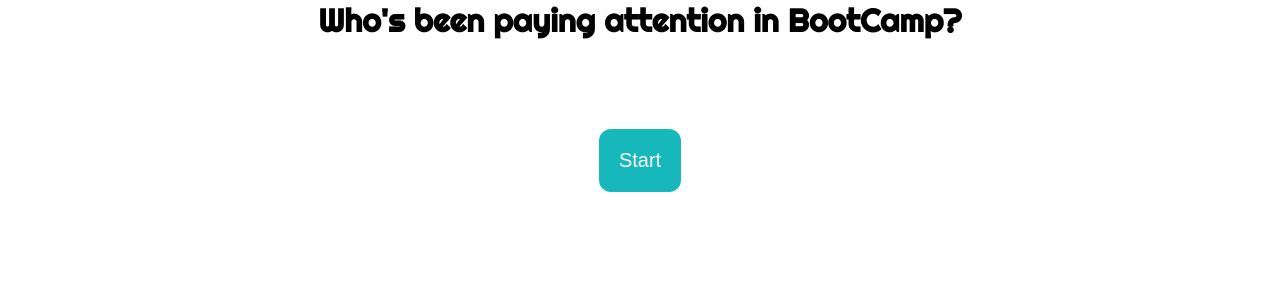
Repository: kkyler24/Quizlet
Page: Quiz.html
An editor plug-in stored every save of this project. The page is shown before and after the next save, followed by the edit.
The browser window is 1280 px wide. The pictures show the whole page.
Some web libraries are served in a nearby version.

Above is the page before, as saved 2020-03-16 01:19:07.

### Quiz.html
<!DOCTYPE html>

<html lang="en">

<head>
    <meta charset="UTF-8">
    <meta name="viewport" content="width=device-width, initial-scale=1.0">

    <!-- font family -->
    <link href="https://fonts.googleapis.com/css2?family=Righteous&display=swap" rel="stylesheet">

    <!-- Popper -->
    <script src="https://cdnjs.cloudflare.com/ajax/libs/popper.js/1.12.9/umd/popper.min.js"
        integrity="sha384-ApNbgh9B+Y1QKtv3Rn7W3mgPxhU9K/ScQsAP7hUibX39j7fakFPskvXusvfa0b4Q"
        crossorigin="anonymous"></script>
    <!-- Myfiles -->
    <link rel="stylesheet" type="text/css" href="DevOpsFiles/Style.css">
    <title>Quiz it</title>
</head>

<header>Who's been paying attention in BootCamp?</header>

<!-- Quiz Design -->

<body>

    <Div class="flex-container">
        <div id="startB">
            <input type="button" class="startButton" value="Start"/>
        </div>
        <div id="questionBoxOne" class="row" style="display: none;">
            <div class="col-md-6 col-sm-3 questionDiv">
                "What is BootStrap?"
                <div class="col-8 col-sm-6 answerA">
                    <button type="button" class="button">"A piece of material that helps hold up your
                        boot"
                    </button>
                </div>
                <div class="col-8 col-sm-6 answerA correct">
                    <button type="button" class="button">"An open source Css
                        framework"</button>
                </div>
                <div class="col-8 col-sm-6 answerA">
                    <button type="button" class="button">"An open source Js framework"</button>
                </div>
            </div>
        </div>

        <div id="questionBoxTwo" class="row" style="display: none;">
            <div class="col-md-6 col-sm-3 questionDiv">
                "Javascript is to muscles as HTML is to...?"
            </div>
                <div class="col-8 col-sm-6 answerB correct">
                    <button type="button" class="button"> IceCream"</button>
                </div>
                <div class="col-8 col-sm-6 answerB">
                    <button type="button" class="button">"Skin"</button>
                </div>
                <div class="col-8 col-sm-6 answerB">
                    <button type="button" class="button">"Skeleton"</button>
                </div>
            </div>


        <div id="questionBoxThree" class="row" style="display: none;">
            <div class="col-md-6 col-sm-3 questionDiv">
                "What does HTML stand for?"
                <div class="row">

                    <div class="col-8 col-sm-6 answerC">
                        <button type="button" class="button">"Home Tools Mark-up language" </button>

                        <div class="col-8 col-sm-6 answerC">
                            <button type="button" class="button"> "Hyper-text Mark down language "</button>

                            <div class="col-8 col-sm-6 answerC">
                                <button type="button" class="button">"Hyper-text Mark up language
                                    "</button>
                            </div>
                        </div>
                    </div>
                </div>
            </div>
        </div>

        <div id="questionBoxFour" class="row" style="display: none;">
            <div class="col-md-6 col-sm-3 questionDiv">
                "What is BootStrap?"
                <div class="row">

                    <div class="col-8 col-sm-6 answerD">
                        <button type="button" class="button">"A piece of material that helps hold
                            up your boot" </button>

                        <div class="col-8 col-sm-6 answerD">
                            <button type="button" class="button">"An open source Css
                                framework"</button>

                            <div class="col-8 col-sm-6 answerD">
                                <button id="D" type="button" class="button">"An open source Js
                                    framework"</button>
                            </div>
                        </div>
                    </div>
                </div>
            </div>
        </div>
        <div class="time"></div>
    </Div>

    <script src="https://code.jquery.com/jquery-3.4.1.js"></script>
    <script src="DevOpsFiles/Java.js"></script>
</body>

</html>

### DevOpsFiles/Style.css
body{
    margin: auto;
    text-align: center;
    background-image: image();
  }

.flex-container {
    display: flex;
    height: 500px;
    justify-content: center;
    align-items: center;
    flex-direction: column;
  }

header{
font-family: "Righteous", cursive;
font-size: xx-large;
font-weight: bolder;

  }

#secLeft {
  position: absolute;
  top: 0.1%;
  display: block;
}

#questionBoxOne {
  position: absolute;

}

#questionBoxTwo {
  position: absolute;

}

#questionBoxThree {
  position: absolute;

}

#questionBoxFour {
  position: absolute;

}
.questionDiv{
  font-size: 25px;
  font-weight: bold;

}

.button{
background-color: rgb(22, 184, 187);
padding: 20px;
border-radius: 12px;
border: none;
color: white;
font-family:Arial, Helvetica, sans-serif;
font-size: 20PX;
}

.time{
  position: relative;
  height: 60%;
  text-align: center;
}

.startButton{
  text-align: center;
  margin-top: 50%;
  background-color: rgb(22, 184, 187);
padding: 20px;
border-radius: 12px;
border: none;
color: white;
font-family:Arial, Helvetica, sans-serif;
font-size: 20PX;
}

### DevOpsFiles/Java.js

// record start time
var startTime;
function display() {
    // later record end time
    var endTime = new Date();

    // time difference in ms
    var timeDiff = endTime - startTime;

    // strip the miliseconds
    timeDiff /= 1000;

    // get seconds
    var seconds = Math.floor(timeDiff % 60);

    // remove seconds from the date
    timeDiff = Math.floor(timeDiff / 60);

    // get minutes
    var minutes = Math.round(timeDiff % 60);

    // remove minutes from the date
    timeDiff = Math.floor(timeDiff / 60);

    // get hours
    var hours = Math.round(timeDiff % 24);

    // remove hours from the date
    timeDiff = Math.floor(timeDiff / 24);

    // the rest of timeDiff is number of days
    var days = timeDiff;

    $(".time").text(hours + ":" + minutes + ":" + seconds);
    setTimeout(display, 1000);
}

$(".startButton").click(function () {
    startTime = new Date();
    setTimeout(display, 1000);
});


//   function stopTimer() {
//     secondsElapsed = 0;
//     formatTime();
//   }
//   function startTimer() {
//     if (totalSeconds > 0) {
//       secondsElapsed = 0;
//       timer = setInterval(function () {
//         secondsElapsed++;
//         formatTime();
//       }, 1000);
//     }
//     formatTime();
//   }
// };

// ---Score Code---
var totalScore = [];

function getSum(total, num) {
  return total + Math(num);
}
function myFunction(item) {
  document.getElementById("stats").innerHTML = totalScore.reduce(getSum, 0);
}



// Questions Object
var Quests = [
  {
    Q1: {
      Question: "What is BootStrap?",
      answers: ["A piece of material that helps hold up your boot", "An open source Css framework", "An open source JS framework"],
      answersCorrect: [1]

    },

    Q2: {
      Question: "HTML is to Skeleton as Javascript is to...?",
      answers: ["Muscles", "Skin", "Coffee"],
      answersCorrect: [0]
    },

    Q3: {
      Question: "What does HTML stand for?",
      answers: ["A piece of material that helps hold up your boot", "An open source Css framework", "An open source JS framework"],
      answersCorrect: [3]
    },

    Q4: {
      Question: "What is BootStrap?",
      answers: ["A piece of material that helps hold up your boot", "An open source Css framework", "An open source JS framework"],
      answersCorrect: [2]
    }
  }];


// -->Get faded code<--
$(".startButton").on("click", function () {
  $("#startB").fadeOut(1000, function () {
    $(this).remove();
  })
});

$(".startButton").on("click", function () {
  $("#questionBoxOne").fadeIn(3600, function () {
  })
});

$(".answerA").on("click", function () {
  $("#questionBoxOne").fadeOut(2500, function () {
    $(this).remove();
  })
});

$(".answerA").on("click", function () {
  $("#questionBoxTwo").fadeIn(3600, function () {
  })
});

$('.answerB').on('click', function () {
  $("#questionBoxTwo").fadeOut(2500, function () {
    $(this).remove();
  })
});

$(".answerB").on("click", function () {
  $("#questionBoxThree").fadeIn(3600, function () {

  })
});

$('.answerC').on('click', function () {
  $("#questionBoxThree").fadeOut(2500, function () {
    $(this).remove();
  })
});

$(".answerC").on("click", function () {
  $("#questionBoxFour").fadeIn(3500, function () {
  })
});

$('.answerD').on('click', function () {
  $("#questionBoxFour").fadeOut(2500, function () {
    $(this).remove();
  })
});

$(".answerD").on("click", function () {
    $("#stats").slideDown(3500, function () {
    })
  });

//
// var aBBox = document.getElementsByClassName("col-8 col-sm-6 answerB");
// aBBox.


// done.addEventListener("event", function(){
// $(".answerb").on("event", function(){
//   $("#questionBoxTwo").fadeOut(2000,function(){
//     $(this).remove();
// })});



//
// $("#questionBoxTwo").fadeIn(1000,function())

// fade in after (this).remove has been completed
// var buttonCheck = document.getElementsByClassName("button");
// var totalScore = "";

// button listener



// Check the buttons for correct class
// // for ( var i = 0; i > flex-container.lenght; i++) {
// //   $("button").on("click", function(){
// //     if (buttonCheck.click === button.correct){
// //         totalScore = totalScore + 25;
// //     }
// //     else {secondsElapsed + 1500};
//   }
// )}

After the next save:
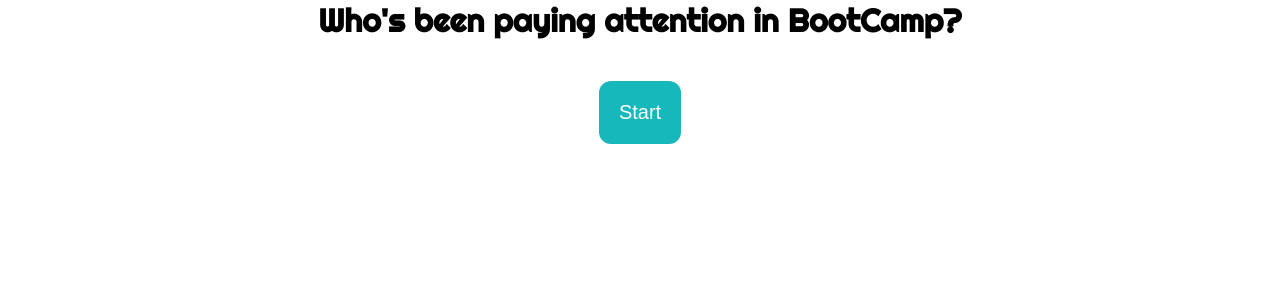
Saved 12 s later.
--- a/DevOpsFiles/Style.css
+++ b/DevOpsFiles/Style.css
@@ -62,7 +62,7 @@ font-size: 20PX;
 
 .time{
   position: relative;
-  height: 60%;
+  height: 80%;
   text-align: center;
 }
 
